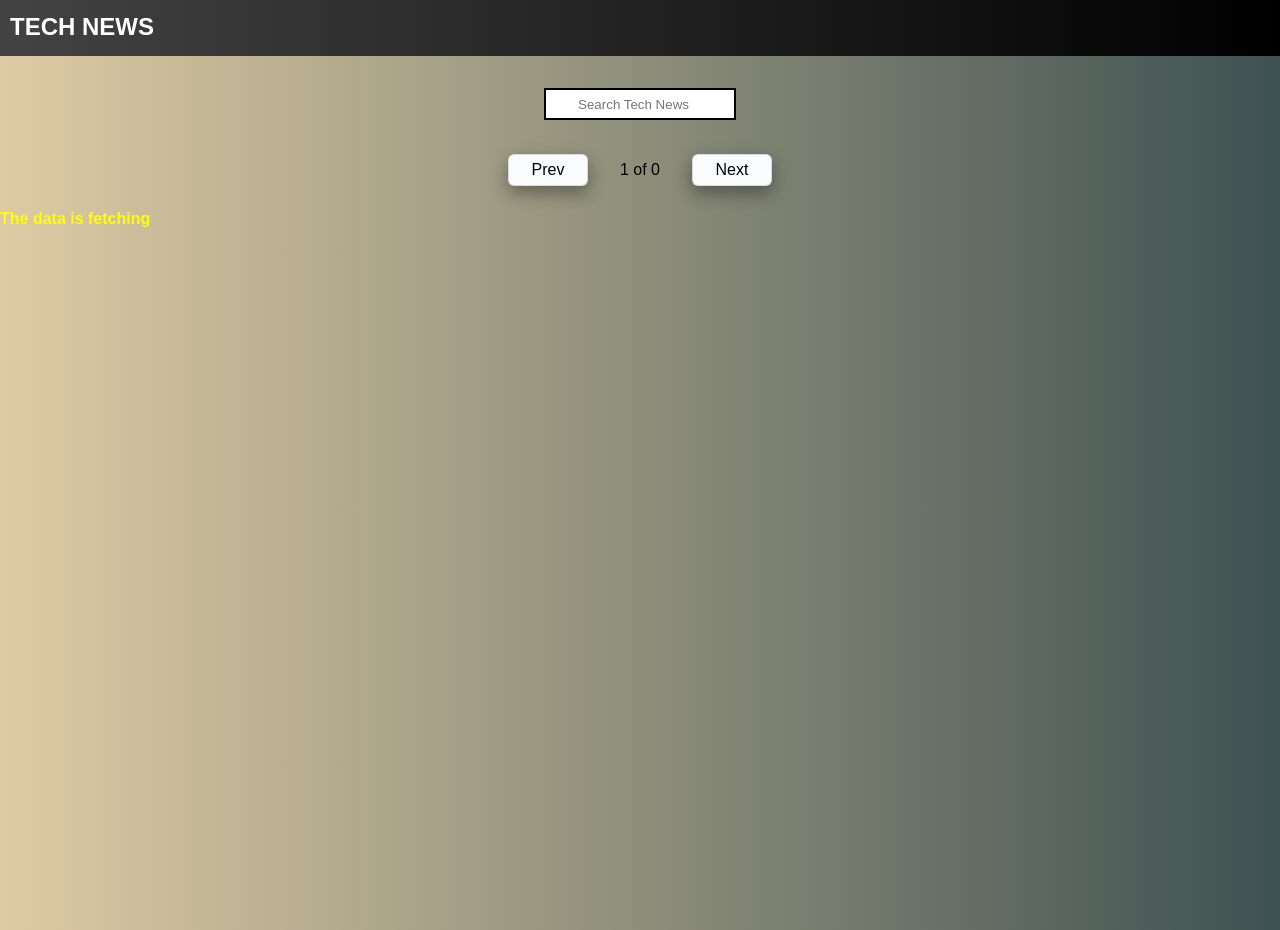
Repository: suraj-yadav7/TechNews
Page: /
These files come from the project's save history. The page is drawn as it stood at one moment and after the next save; the edit follows.
The browser window is 1280 px wide. The pictures show the whole page.
The page's requests for data from a server got no answer. The project was rebuilt for these pictures with package versions that can differ from the ones it lists, and the page was loaded fresh each time. No one was signed in, and anything a server would have sent is missing.

Above is the page before, as saved 2023-04-28 11:01:59.

After the next save:
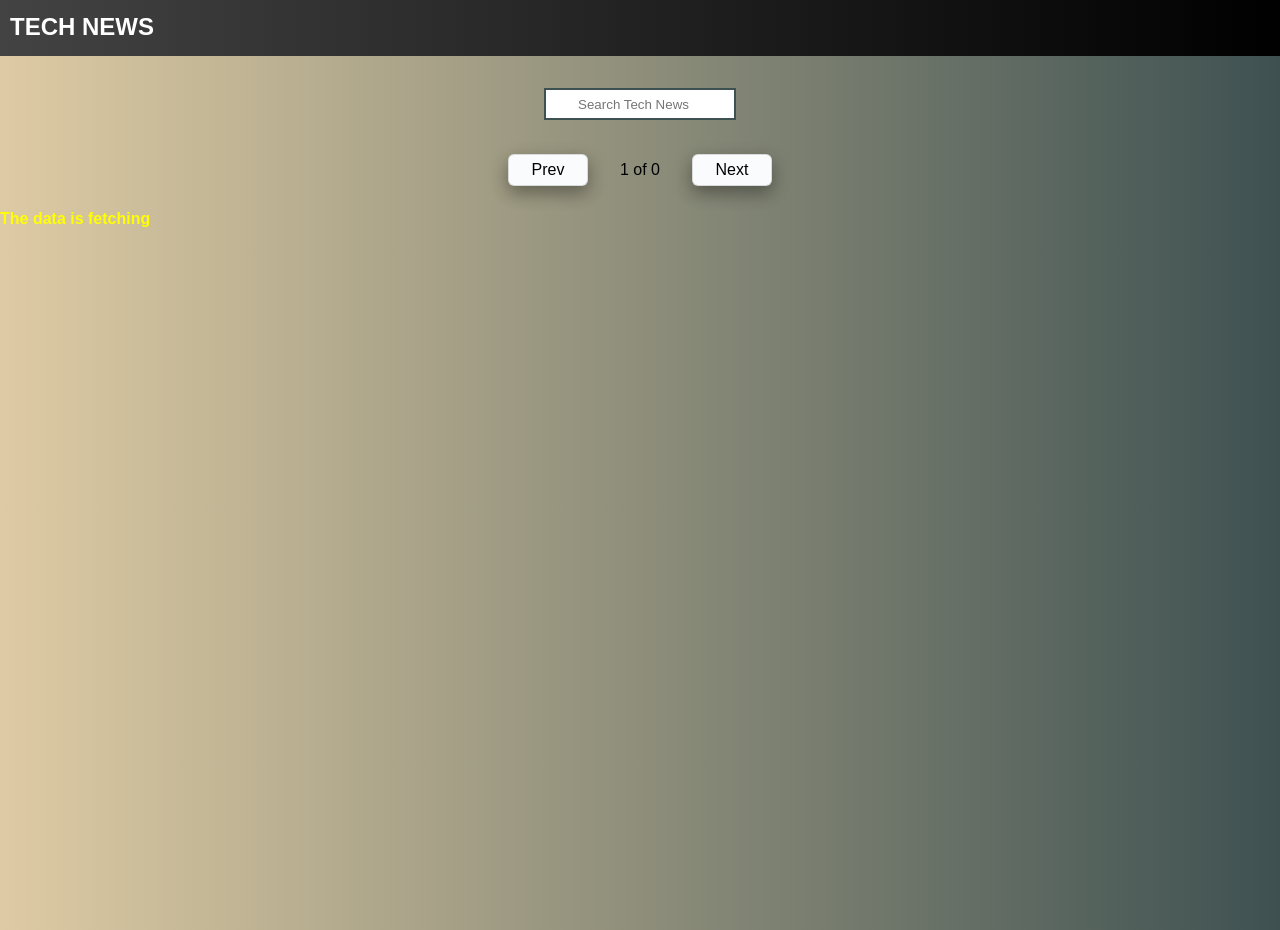
Saved 23 s later.
--- a/src/App.css
+++ b/src/App.css
@@ -33,7 +33,7 @@
   height: 2rem;
   text-align: center;
   outline-color: #434343;
-  border: 2px solid black;
+  border: 2px solid #3E5151;
 }
 .pagination{
   margin: 0.5rem 0;
